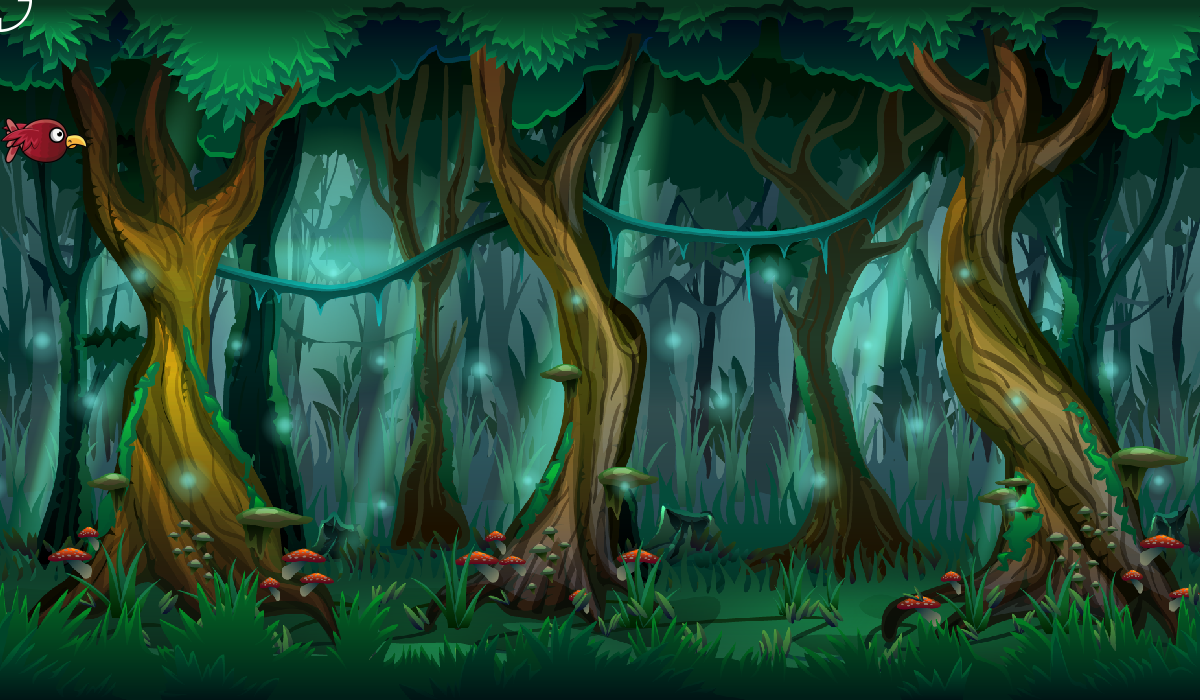
Repository: mys-pro/demo_shooting_bird_vision
Script's output: python main.py
An editor plug-in stored every save of this project. The script's output is shown before and after the next save, followed by the edit.
The window is shown after at most 60 frames with no key pressed. Random numbers start from a fixed seed. It also reads assets/images/backgrounds/Cartoon_Forest_BG_01.png, assets/images/backgrounds/Cartoon_Forest_BG_02.png, assets/images/backgrounds/Cartoon_Forest_BG_03.png, assets/images/backgrounds/Cartoon_Forest_BG_04.png, assets/images/birds/bird1/b-1.png, assets/images/birds/bird1/b-2.png, assets/images/birds/bird1/b-3.png, assets/images/birds/bird1/b-4.png, assets/images/icon.png, assets/images/viewfinder.png.

Above is the script's output before, as saved 2024-06-16 16:22:13.

After the next save:
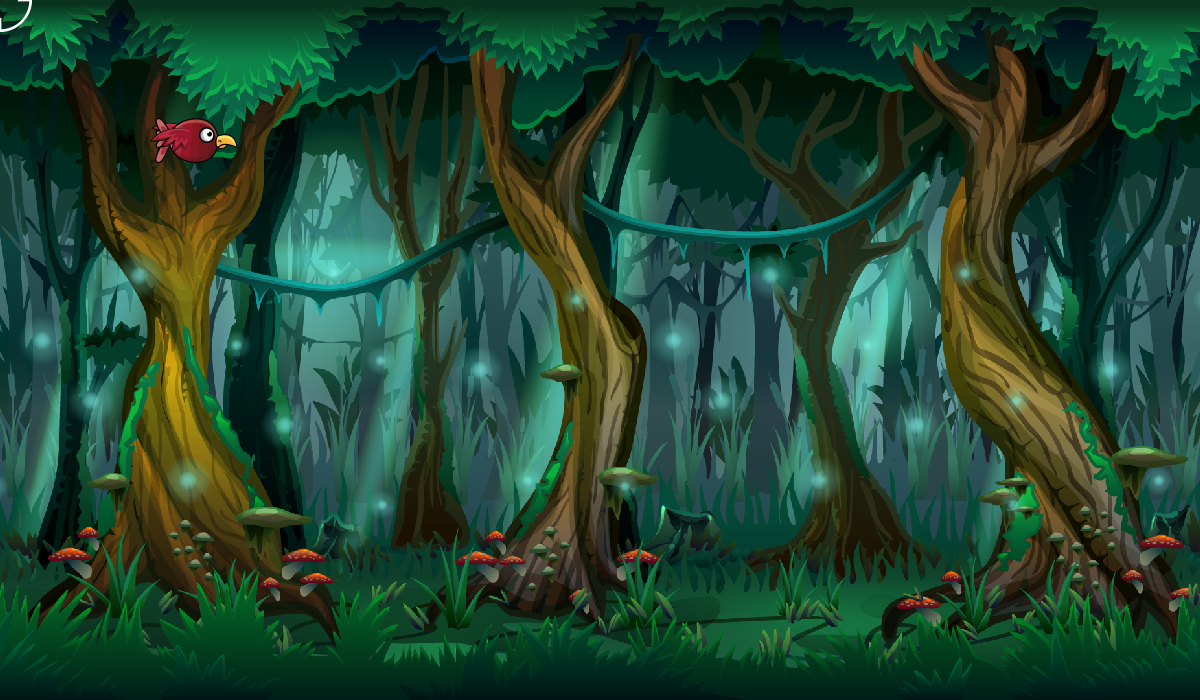
Saved 8 s later.
--- a/main.py
+++ b/main.py
@@ -44,7 +44,7 @@ class bird:
         self.rect = self.image.get_rect()
         self.rect.x = x
         self.rect.y = y
-        self.velocity = 0.2  # Tốc độ mặc định
+        self.velocity = 5  # Tốc độ mặc định
 
     def update(self):
         # Cập nhật chỉ số hình ảnh để tạo hiệu ứng hoạt hình
